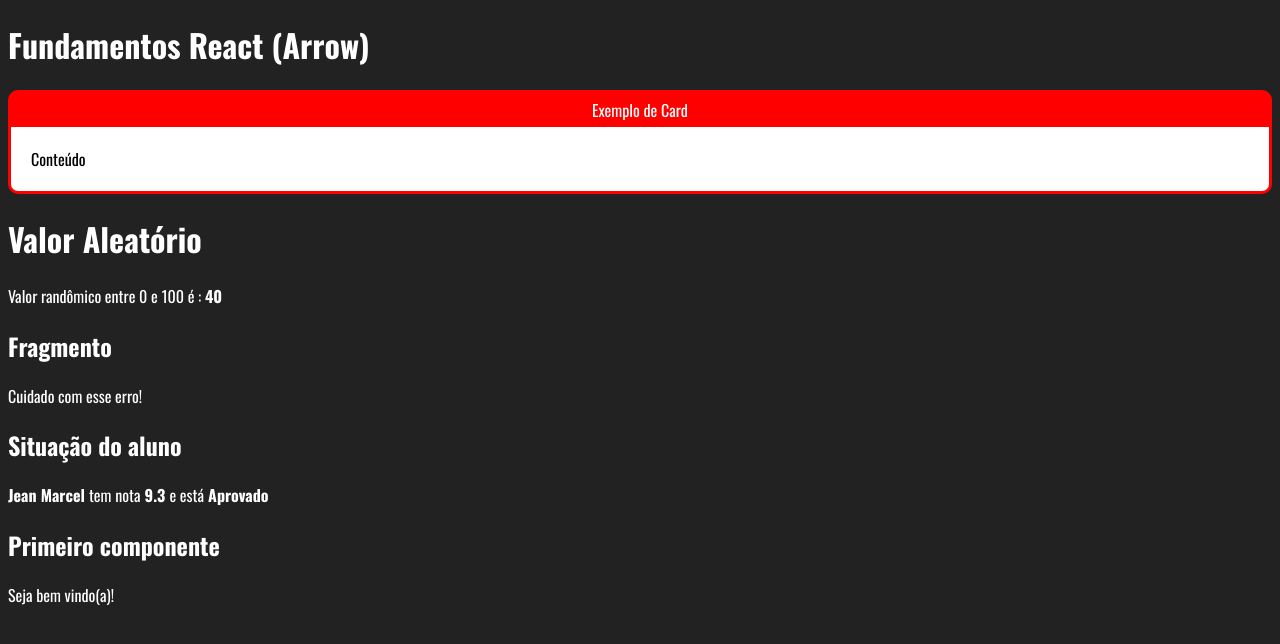
Repository: jean-siqueira/fundamentos-react
Page: /
These files come from the project's save history. The page is drawn as it stood at one moment and after a run of saves; the edit follows.
The browser window is 1280 px wide. The pictures show the whole page.
The project was rebuilt for these pictures with package versions that can differ from the ones it lists, and the page was loaded fresh each time.

Above is the page before, as saved 2023-03-04 12:08:19.

### public/index.html
<!DOCTYPE html>
<html lang="en">
  <head>
    <meta charset="utf-8" />
    <link rel="icon" href="%PUBLIC_URL%/favicon.ico" />
    <meta name="viewport" content="width=device-width, initial-scale=1" />
    <meta name="theme-color" content="#000000" />
    <meta
      name="description"
      content="Web site created using create-react-app"
    />
    <link rel="apple-touch-icon" href="%PUBLIC_URL%/logo192.png" />
    <link rel="manifest" href="%PUBLIC_URL%/manifest.json" />
    <link rel="preconnect" href="https://fonts.googleapis.com">
<link rel="preconnect" href="https://fonts.gstatic.com" crossorigin>
<link href="https://fonts.googleapis.com/css2?family=Oswald:wght@200;300;400;500;600;700&display=swap" rel="stylesheet">
    <title>React App</title>
  </head>
  <body>
    <noscript>You need to enable JavaScript to run this app.</noscript>
    <div id="root"></div>
  </body>
</html>

### src/index.js
import "./index.css";
import ReactDOM from "react-dom";
import React from "react";

import App from "./App";

const tag = <strong>Olá React</strong>;

ReactDOM.render(<App />, document.getElementById("root"));

### src/index.css
body {
    font-family: Oswald;
    background-color: #222;
    color: #fff;
}

h1

### src/App.jsx
import React from "react";

import Card from "./components/layout/Card";
import Primeiro from "./components/basicos/Primeiro";
import ComParametro from "./components/basicos/ComParametro";
import Fragmento from "./components/basicos/Fragmento";
import Aleatorio from "./components/basicos/Aleatorio";

export default (_) => (
  <div id="app">
    <h1>Fundamentos React (Arrow)</h1>

<Card titulo="Exemplo de Card"/>

    <Aleatorio min={0} max={100}/>
    <Fragmento />
    <ComParametro titulo="Situação do aluno" aluno="Jean Marcel" nota={9.3} />
    <Primeiro></Primeiro>
  </div>
);

### src/components/layout/Card.jsx
import React from "react";
import "./Card.css";

export default props => {
    return (
        <div className="Card">
            <div className="Title">{props.titulo}</div>
            <div className="Content">Conteúdo</div>
        </div>
    )
}

### src/components/basicos/Primeiro.js

import React from "react"

export default function Primeiro() {

    const msg = 'Seja bem vindo(a)!'

    return (
        <div>
            <h2>Primeiro componente</h2>
            <p>  {msg} </p>
        </div>
    )

}

### src/components/basicos/ComParametro.jsx
import React from "react";

export default function ComParametro(props) {
  const status = props.nota >= 7 ? "Aprovado" : "Recuperação";
  return (
    <div>
      <h2>{props.titulo}</h2>
      <p>
        <strong>{props.aluno} </strong>
        tem nota
        <strong> {props.nota} </strong>e está
        <strong> {status}</strong>
      </p>
    </div>
  );
}

### src/components/basicos/Fragmento.jsx
import React from "react";

export default function Fragmento(props) {
  return (
    <>
      <h2>Fragmento</h2>
      <p>Cuidado com esse erro!</p>
    </>
  );
}

### src/components/basicos/Aleatorio.jsx
import React from "react";

export default (props) => {
  const { min, max } = props;

  const valorRandomico = parseInt(Math.random() * (max - min)) + min;

  return (
    <div>
      <h1>Valor Aleatório</h1>
      <p>
        Valor randômico entre {min} e {max} é :{" "}
        <strong>{valorRandomico}</strong>
      </p>
    </div>
  );
};

### src/components/layout/Card.css
.Card {
  background-color: red;
  border-radius: 10px;
  overflow: hidden;
  border: 3px solid red;
}

.Card .Title {
  padding: 5px 0px;
  display: flex;
  justify-content: center;
}

.Card .Content {
  background-color: #fff;
  color: #000;
  padding: 20px;
}

After the next 5 saves:
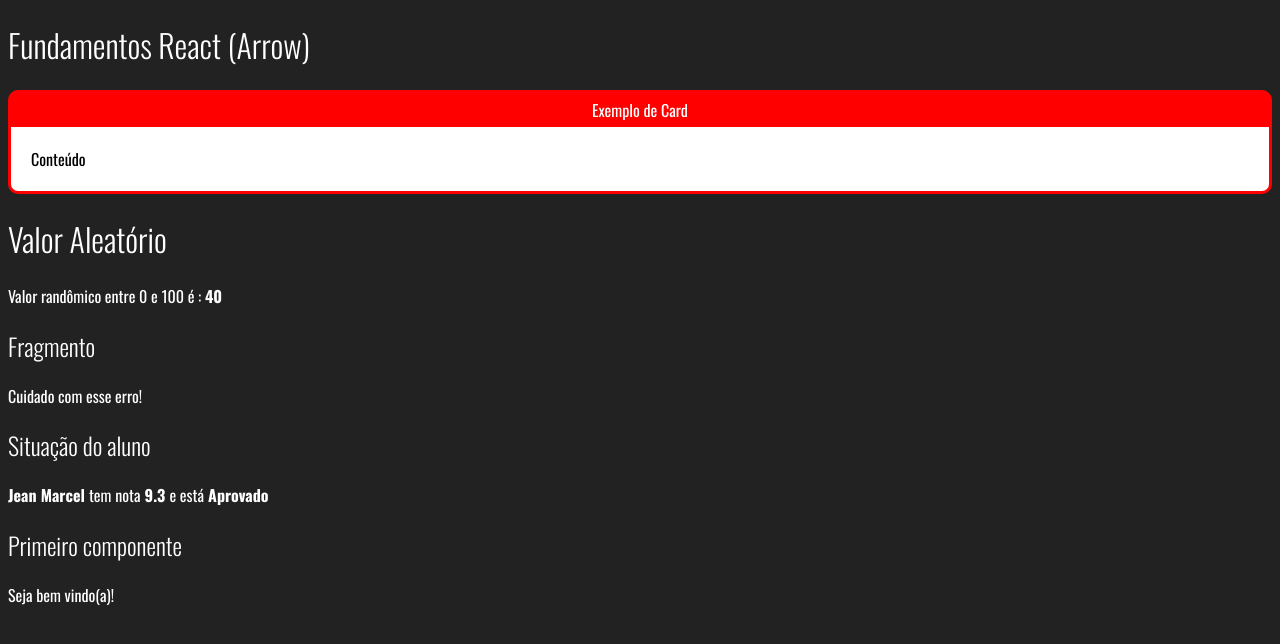
The 5 saves are shown as one change because they came seconds apart.
The last was saved 13 s later.
--- a/src/index.css
+++ b/src/index.css
@@ -4,4 +4,6 @@ body {
     color: #fff;
 }
 
-h1
+h1, h2, h3 {
+    font-weight: 300;
+}
